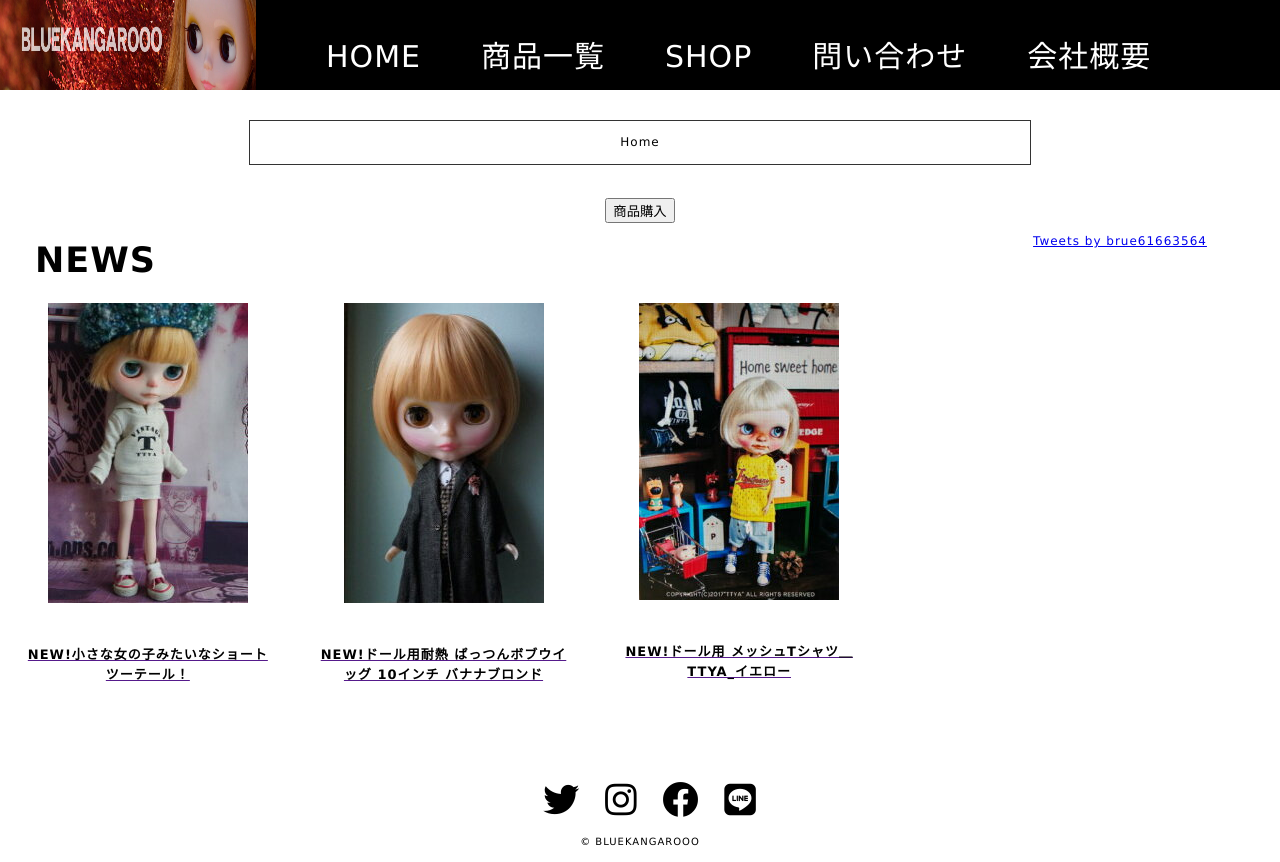
Repository: xiezom/test
Page: http://localhost/ecsite/
The author's editor kept a copy of each file at every save. The page is drawn from the files as they stood at one save, then again after the next save.
The browser window is 1280 px wide. The pictures show the whole page.
Some web libraries are served in a nearby version. The page is served by Tomcat 9. Other server files are loaded and not shown.

Above is the page before, as saved 2019-03-22 05:24:06.

### ecsite/WebContent/home.jsp
<%@ page language="java" contentType="text/html; charset=UTF-8"
    pageEncoding="UTF-8"%>
<%@ taglib prefix="s" uri="/struts-tags"%>
<!DOCTYPE html>
<html>
<head>

	<meta http-equiv="Content-Type" content="text/html; charset=utf8"/>
	<meta http-equiv="Content-Style-Type" content="text/css"/>
	<meta http-equiv="Content-Script-Type" content="text/javascript"/>
	<meta http-equiv="imagetoolbar" content="no">
	<meta name="description" content=""/>
	<meta name="keywords" content=""/>

	<title>HOME画面</title>

	<link rel="stylesheet" type="text/css" href="./css/home_style.css">
	<link rel="stylesheet" href="https://use.fontawesome.com/releases/v5.8.1/css/all.css" integrity="sha384-50oBUHEmvpQ+1lW4y57PTFmhCaXp0ML5d60M1M7uH2+nqUivzIebhndOJK28anvf" crossorigin="anonymous">

</head>
<body>

	<div class="header">
		<img class="logo" alt="blueKangarooo" src="./img/logo.jpg">
		<ul>
            <li>HOME</li>
            <li>商品一覧</li>
            <li>SHOP</li>
            <li>問い合わせ</li>
            <li>会社概要</li>
        </ul>

	</div>

	<div class="main">
		<div class="top">
			<p>Home</p>
		</div>
		<div class="text-center">
			<s:form action="HomeAction">
				<s:submit value="商品購入"/>
			</s:form>
			<s:if test="#session.id != null">
				<p>ログアウトする場合は
					<a href='<s:url action="LogoutAction"/>'>こちら</a></p>
				<p>マイページは
					<a href='<s:url action="MyPageAction"/>'>こちら</a></p>
			</s:if>
		</div>
		<div class="main-container">
			<div class="left">
			<section id="News">

				<div class="headin-box"><h2>NEWS</h2></div>

				<div class="entry">
					<a href="">
					<img class="img" src="./img/1.jpg">
					<h3>NEW!小さな女の子みたいなショートツーテール！</h3>
					</a>
				</div>


				<div class="entry">
					<a href="">
					<img class="img" src="./img/2.jpg">
					<h3>NEW!ドール用耐熱 ぱっつんボブウイッグ 10インチ バナナブロンド</h3>
					</a>
				</div>

				<div class="entry">
					<a href="">
					<img class="img" src="./img/3.jpg">
					<h3>NEW!ドール用 メッシュTシャツ＿ TTYA_イエロー</h3>
					</a>
				</div>
			</section>

			</div>
			<div class="right">
				<a class="twitter-timeline" height="400px" href="https://twitter.com/brue61663564">
				Tweets by brue61663564</a>
				<script async src="https://platform.twitter.com/widgets.js" charset="utf-8"></script>
			</div>
		</div>
	</div>

	<div class="footer">
	<nav>
		<ul class="social">
			<li><a href="" target="_blank"><i class="fab fa-twitter fa-3x"></i></a>
			</li>
			<li><a href="" target="_blank"><i class="fab fa-instagram fa-3x"></i></a>
			</li>
			<li><a href="" target="_blank"><i class="fab fa-facebook fa-3x"></i></a>
			</li>
			<li><a href="" target="_blank"><i class="fab fa-line fa-3x"></i></a>
			</li>
		</ul>
	</nav>
		<p class="copy"><small>&copy; BLUEKANGAROOO</small></p>
	</div>


</body>
</html>

### ecsite/WebContent/css/home_style.css
@CHARSET "UTF-8";


		body {
			margin: 0;
			padding: 0;
			line-height: 1.6;
			letter-spacing: 1px;
			font-family: Verdana,Helvetica,sans-serif;
			font-size: 12px;
			background: #fff;
		}

		ul {
			list-style-type: none;
		}

		.top {
			width: 780px;
			margin: 30px auto;
			border: 1px solid #333;
		}

		.header {
			width: 100%;
			height: 90px;
			background-color: black;
		}

		.logo {
			float: left;
			height: 90px;
			width: 20%;
		}

		.header ul {
			float: left;
		}

		.header ul li {
		    float: left;
		    padding-left: 30px;
		    padding-right: 30px;
		    line-height: 90px;
		    font-size: 30px;
		    color: #fff;
		}

		.main {
			clear: both;
			width: 100%;
			height: auto;
			text-align: center;
		}

		.text-center {
			display: inline-block;
			text-align: center;
		}

		.main-container {
			width: 100%;
			height: 500px
		}

		.left {
			float: left;
			width: 70%;
		}

		.entry {
			float: left;
			width: 33%;
		}

		.entry img {
		    -moz-transition: -moz-transform 0.5s linear;
		    -webkit-transition: -webkit-transform 0.5s linear;
		    -o-transition: -o-transform 0.5s linear;
		    -ms-transition: -ms-transform 0.5s linear;
		    transition: transform 0.5s linear;
		}

		.entry img:hover {
		    -webkit-transform: scale(1.2);
		    -moz-transform: scale(1.2);
		    -o-transform: scale(1.2);
		    -ms-transform: scale(1.2);
		    transform: scale(1.2);
		}

		#News h3 {
			padding: 22px 25px 12px;
    		font-size: 13px;
    		color: black;
		}

		.headin-box h2 {
			margin-left: 1em;
			margin-top: 0;
			margin-bottom: 15px;
			font-size: 35px;
			text-align: left;
		}

		.right {
			float: right;
			width: 25%;
		}

		.footer {
			margin-top: 50px;
			width:100%;
			height: 80px;
			clear: both;
			text-align: center;
		}

		.sosial {
			text-align: center;
		}
		.social li {
			display: inline-block;
			margin-right: 20px;
		}

		.fab {
			color: black;
		}

		.copy {
			clear: both;
			text-align: center;
		}

After the next save:
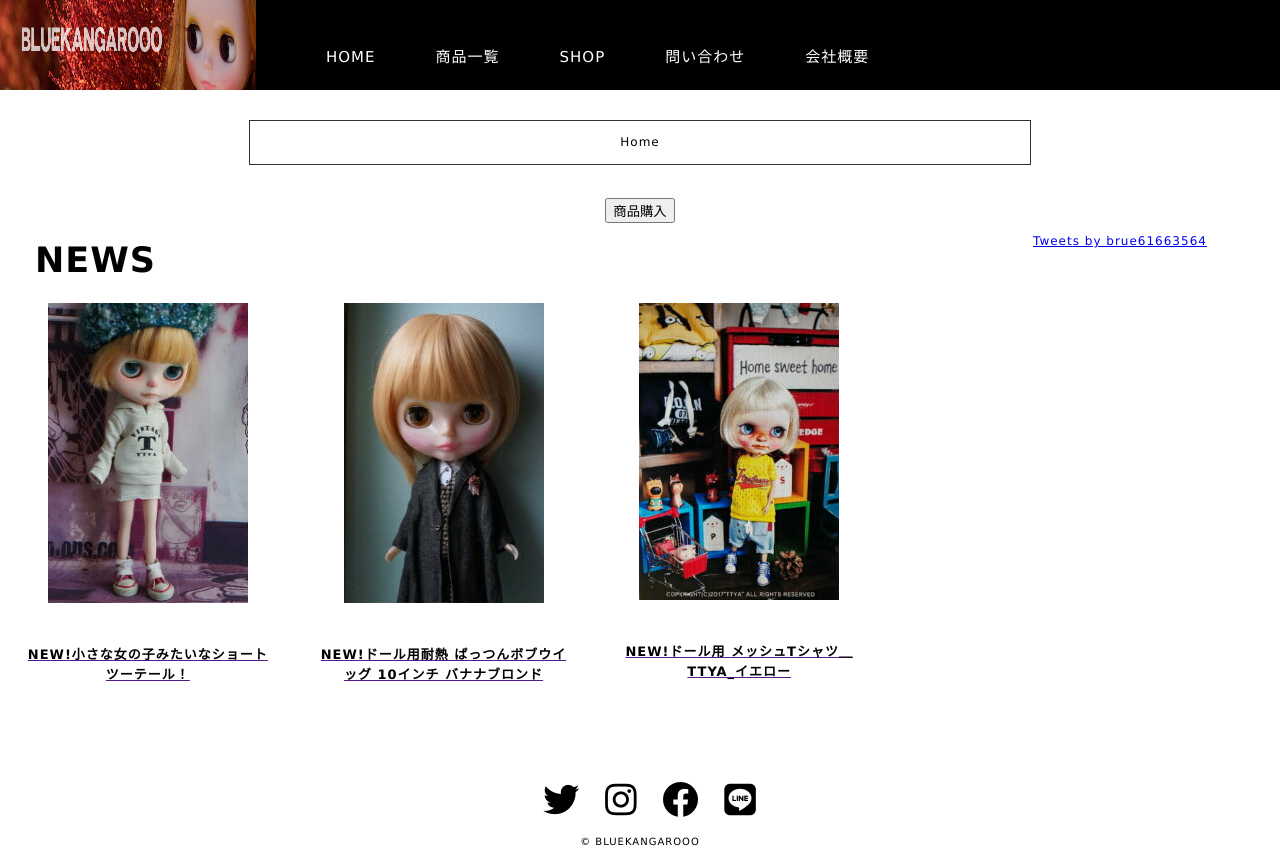
Saved 52 s later.
--- a/ecsite/WebContent/css/home_style.css
+++ b/ecsite/WebContent/css/home_style.css
@@ -42,7 +42,7 @@
 		    padding-left: 30px;
 		    padding-right: 30px;
 		    line-height: 90px;
-		    font-size: 30px;
+		    font-size: 15px;
 		    color: #fff;
 		}
 
